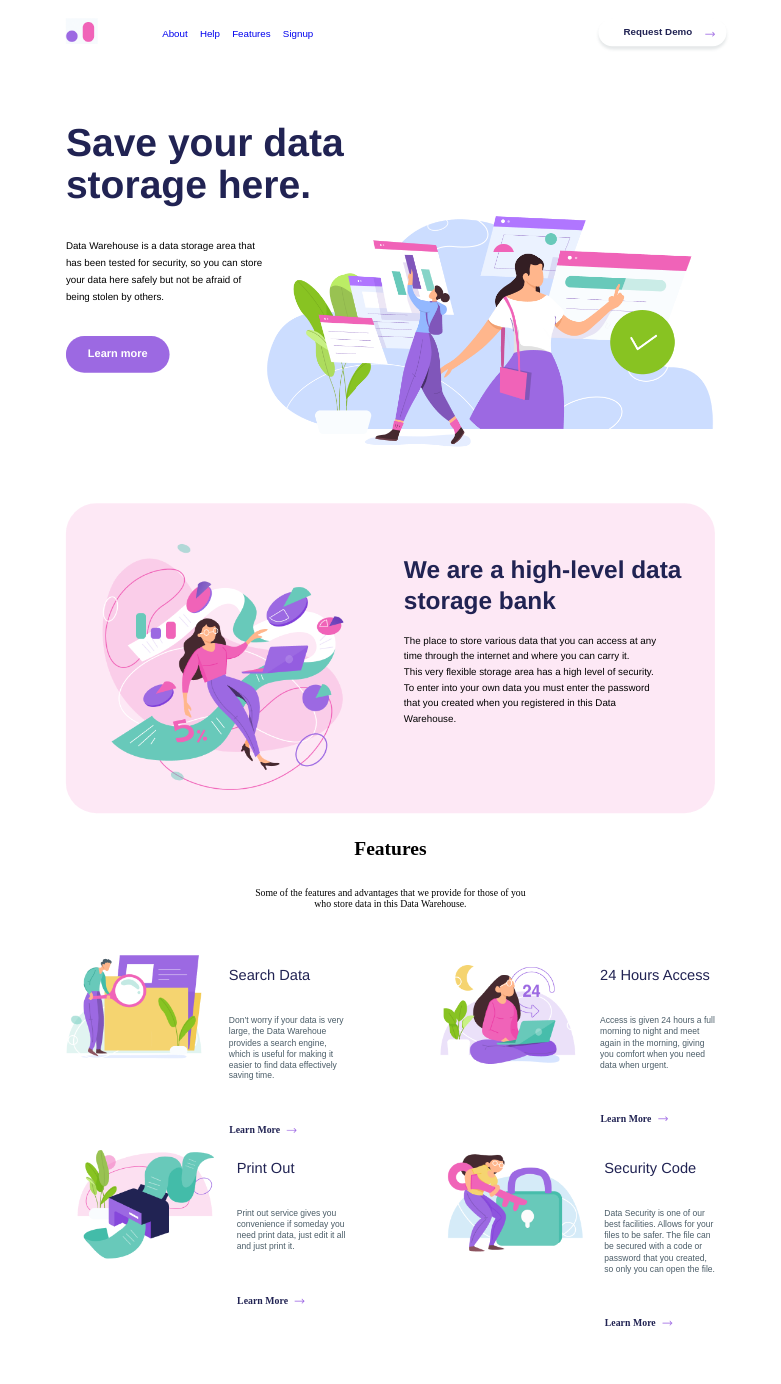
Repository: batonAnton/HW6_flexbox
Page: index.html
These files come from the project's save history. The page is drawn as it stood at one moment and after the next save; the edit follows.
The browser window is 1280 px wide. The pictures show the whole page, at 61% of full size.
Some web fonts or font styles are not loaded; a fallback is used.

Above is the page before, as saved 2022-06-18 13:15:22.

### index.html
<!DOCTYPE html>
<html lang="en">
<head>
    <meta charset="UTF-8">
    <meta http-equiv="X-UA-Compatible" content="IE=edge">
    <meta name="viewport" content="width=device-width, initial-scale=1.0">
    <link href="http://fonts.cdnfonts.com/css/helvetica-neue-9" rel="stylesheet">
    <link rel="stylesheet" href="./fonts/Helvetica-Bold.ttf">
    <link rel="stylesheet" href="./fonts/AvenirLTStd-Black.otf">
    <link rel="stylesheet" href="./css/style.css">
    <title>FlexBox</title>
</head>
<body>
    <header>
        <div class="logo">
            <img src="./images/logo.png" alt="logo">
        </div>

        <nav>
            <ul>
                <li>
                    <a href="#">about</a>
                </li>
                <li>
                    <a href="#">help</a>
                </li>
                <li>
                    <a href="#">features</a>
                </li>
                <li>
                    <a href="#">signup</a>
                </li>
            </ul>
        </nav>

        <div class="header-btn">
            <div>
                <button>request demo</button>
            </div>
            <div class="btn-img">
                <img src="./images/right-arrow.png" alt="arrow-right" >
            </div>
        </div>
    </header>

    <div class="section allstyles">
        <div class="info">
            <h1>Save your data <br> storage here.</h1>
            <p>Data Warehouse is a data storage area that <br>has been
                tested for security, so you can store <br> your data here
                safely but not be afraid of <br> being stolen by others.</p>
            <button>Learn more</button>
        </div>

        <div class="section-img">
            <img src="./images/headerImg.png" alt="">
        </div>
    </div>

    <div class="section2 allstyles">
        <div class="sectin2-img">
            <img src="./images/assideimg.png" alt="assideimg">
        </div>

        <div class="section2-info">
            <h1>We are a high-level data <br> storage bank</h1>
            <p>
                The place to store various data that you can access at any <br> time through the internet  and where you can carry it. <br>
                This very flexible storage area has a high level of security. <br> To enter into your own data you must enter the password <br> that you created when you registered in this Data <br> Warehouse.
            </p>
        </div>
    </div>

    <div class="section3 allstyles">
        <h1 class="section3-header"> Features</h1>
        <p class="section3-header">Some of the features and advantages that we provide for those of you <br> who store data in this Data Warehouse.</p>

        <div class="row1">
            <div class="block">
                <img src="./images/section3/image1 1.png" alt="img">
                <div class="info">
                    <h1>Search Data</h1>
                <p>
                    Don’t worry if your data is very <br> large, the Data Warehoue <br> provides a search engine, <br> which is useful for making it <br> easier to find data effectively <br> saving time.
                </p>

                <div class="header-btn section3-btn">
                    <div>
                        <button>Learn more</button>
                    </div>
                    <div class="btn-img">
                        <img src="./images/right-arrow.png" alt="arrow-right" >
                    </div>
                </div>
                </div>

            </div>


            <div class="block">
                <img src="./images/section3/image2.png" alt="img">
                <div class="info">
                    <h1>24 Hours Access</h1>
                <p>
                    Access is given 24 hours a full <br> morning to night and
                    meet <br> again in the morning, giving <br> you comfort when
                    you need <br> data when urgent.
                </p>

                <div class="header-btn section3-btn">
                    <div>
                        <button>Learn more</button>
                    </div>
                    <div class="btn-img">
                        <img src="./images/right-arrow.png" alt="arrow-right" >
                    </div>
                </div>
                </div>

            </div>
        </div>

        <!-- row2 start -->

        <div class="row1 row2">
            <div class="block">
                <img src="./images/section3/image3 1.png" alt="img">
                <div class="info">
                    <h1>Print Out</h1>
                <p>
                    Print out service gives you <br> convenience if someday
                    you <br> need print data, just edit it all <br> and just print it.
                </p>

                <div class="header-btn section3-btn">
                    <div>
                        <button>Learn more</button>
                    </div>
                    <div class="btn-img">
                        <img src="./images/right-arrow.png" alt="arrow-right" >
                    </div>
                </div>
                </div>

            </div>


            <div class="block">
                <img src="./images/section3/image4 1.png" alt="img">
                <div class="info">
                    <h1>Security Code</h1>
                <p>
                    Data Security is one of our <br> best facilities. Allows for your <br> files
                    to be safer. The file can <br> be secured with a code or <br>
                    password that
                    you created, <br> so only you can open the file.
                </p>

                <div class="header-btn section3-btn">
                    <div>
                        <button>Learn more</button>
                    </div>
                    <div class="btn-img">
                        <img src="./images/right-arrow.png" alt="arrow-right" >
                    </div>
                </div>
                </div>

            </div>
        </div>
    </div>
</body>
</html>

### css/style.css
body {
  box-sizing: border-box;
  font-family: "Avenir";
}

.allstyles{
    margin: 70px 100px;
}

header {
  display: flex;
  margin: 30px 100px;
  justify-content: space-between;
  /* border: 1px solid gray; */
 font-family: Arial, Helvetica, sans-serif;
  font-size: 16px;
}


nav {
  margin-right: 40%;
}

nav ul {
  display: flex;
  list-style: none;
  color: #4b5d68;
}

nav ul li a {
  text-decoration: none;
  padding-left: 20px;
  text-transform: capitalize;
}

.header-btn {
  display: flex;
  justify-content: center;
}


.header-btn button {
  padding: 15px 30px 15px 15px;
  text-transform: capitalize;
  border: none;
  border-radius: 50px;
  background: #ffffff;
  box-shadow: 0px 5px 5px rgb(75 93 104 / 15%);
  width: 210px;
  color: #212353;
  font-size: 16px;
  font-weight: 800;
  line-height: 100%;
  letter-spacing: 0.005em;
}

.btn-img {
  margin-left: -35px;
  padding-left: -15px;
  align-self: center;
}

button img {
  padding-top: 5px;
  margin-left: 5px;
}

button:hover {
  border: 1px solid rgba(156, 105, 226, 1);
  text-decoration: underline;
}

.section {
  display: flex;
  position: relative;
  height: 600px;
  overflow: hidden;
}


.info {
  width: 50%;
}

.section h1 {
  font-style: normal;
  font-weight: 700;
  font-size: 4rem;
  line-height: 110%;
  font-family: "Helvetica Neue", sans-serif;
  color:#212353;
  font-weight: 700;
}



.section p {
  font-family: 'Avenir', Helvetica, sans-serif;
  font-style: normal;
  font-weight: 500;
  font-size: 16px;
  line-height: 28px;
  margin-top: 50px;
  margin-bottom: 50px;
}

.section-img {
  position: absolute;
  bottom: 1%;
  right: -13%;
}
.section-img img {
  width: 84%;
}

.info button{
    font-family: 'Avenir', Helvetica, sans-serif;
    font-style: normal;
    font-weight: 700;
    font-size: 18px;
    line-height: 160%;
    background-color: #9C69E2;
    border-radius: 50px;
    color: #ffffff;
    width: 170px;
    height: 60px;
    border: none;
    cursor: pointer;
}


.section2{
    display: flex;
    justify-content: space-between;
    background: rgba(240, 99, 184, 0.15);
    border-radius: 50px;
    font-family: 'Avenir', Helvetica, sans-serif;
}

.section2 h1{
    font-style: normal;
    font-weight: 700;
    font-size: 40px;
    line-height: 130%;
    color: #212353;
}

.section2 p{
    font-family: 'Avenir', Helvetica, sans-serif;
font-style: normal;
font-weight: 400;
font-size: 16px;
line-height: 160%;
}

.section2-info{
    padding:55px;
}


.section3-header{
    text-align: center;
    margin: -30px 0 75px 0;
}

.row1{
    display: flex;
    justify-content: space-between;
}

.row1 .block img{
    float: left;
}

.section3 .info{
  float: right;
  width: auto;
  margin-left: 35px;
}

.section3 .info h1{
  font-family: 'Helvetica';
font-style: normal;
font-weight: 400;
font-size: 24px;
line-height: 130%;
color: #212353;
}

.section3 .info p{
  font-family: 'Avenir',  sans-serif;
font-style: normal;
font-weight: 200;
font-size: 14px;
line-height: 130%;
color: #4B5D68;
margin-top: 50px;
margin-bottom: 50px;
}

.section3 .section3-btn button{
  padding:0;
  color: #212353;
  box-shadow: none;
  background-color: #ffffff;
  font-family: 'Avenir';
font-style: normal;
font-weight: 900;
font-size: 16px;
line-height: 160%;
letter-spacing: 0.005em;
width:85px;
}

.section3 .header-btn{
  display: flex;
  justify-content: flex-start;
}

.section3 .btn-img{
  margin-left: 10px;
}

After the next save:
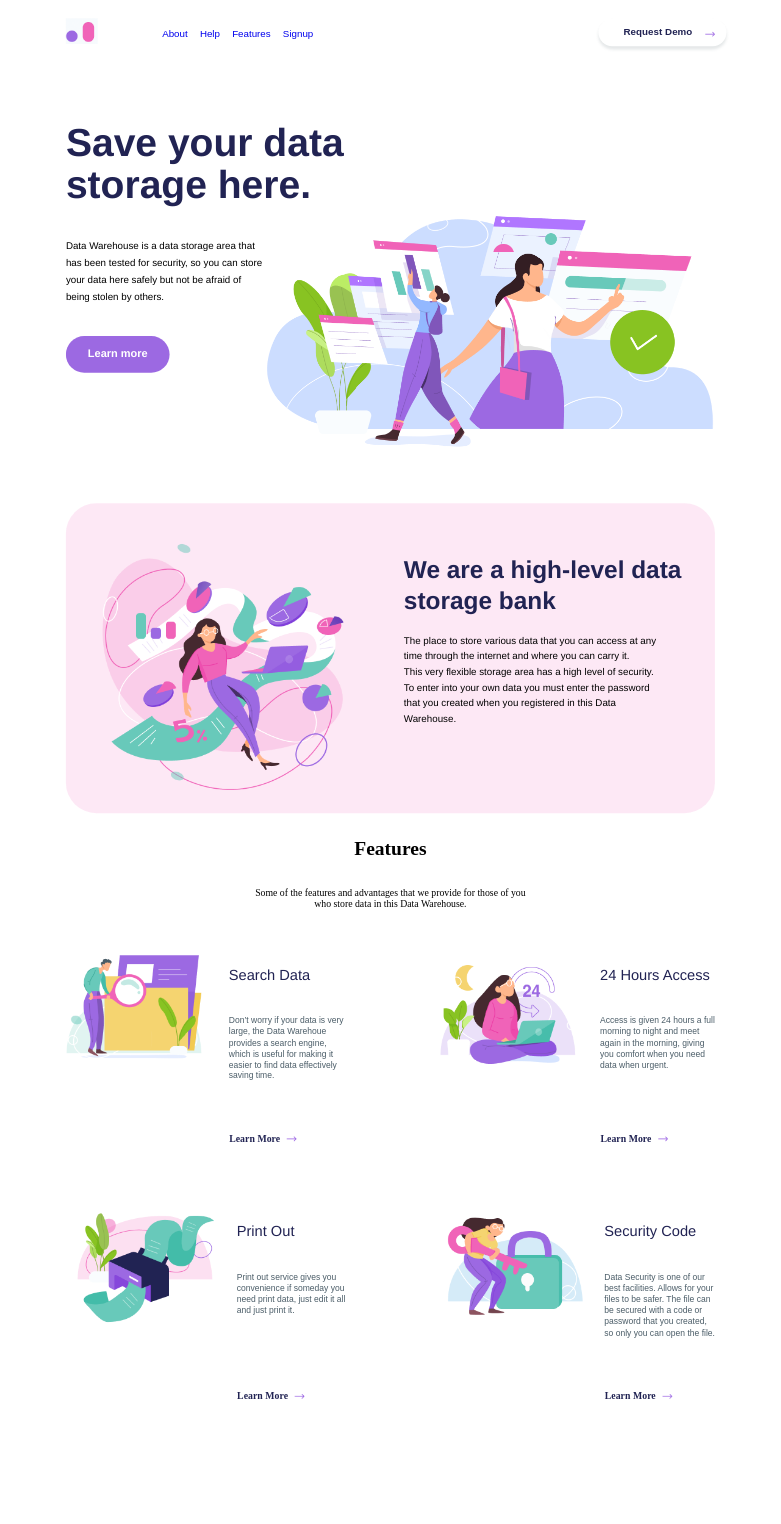
Saved 3 min 34 s later.
--- a/css/style.css
+++ b/css/style.css
@@ -195,7 +195,8 @@ font-size: 14px;
 line-height: 130%;
 color: #4B5D68;
 margin-top: 50px;
-margin-bottom: 50px;
+/* margin-bottom: 50px; */
+height: 160px;
 }
 
 .section3 .section3-btn button{
@@ -220,3 +221,7 @@ width:85px;
 .section3 .btn-img{
   margin-left: 10px;
 }
+
+.row2{
+  margin: 90px 0  180px 0;
+}
